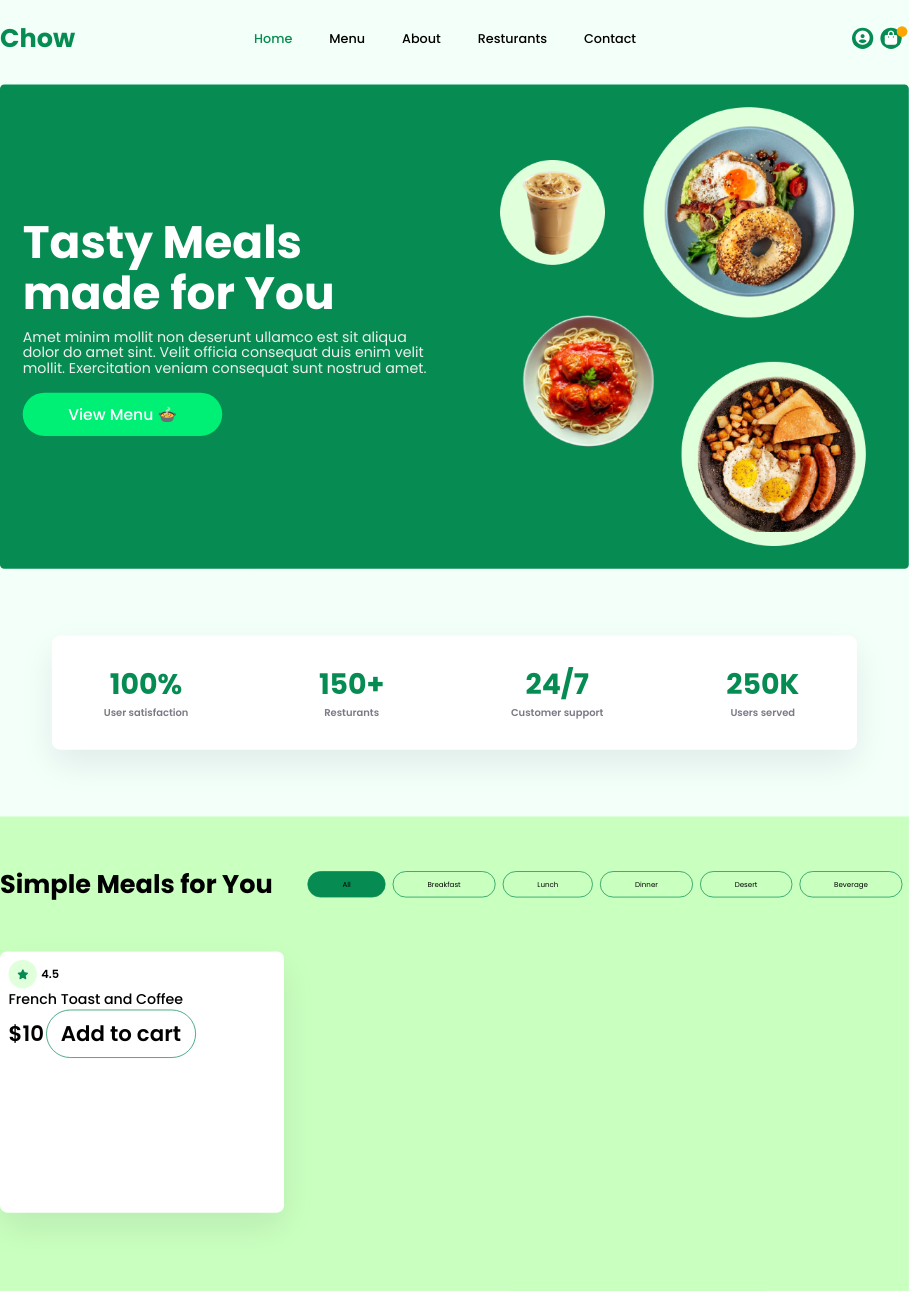
Repository: nguyennam1029/balbal
Page: index.html
An editor plug-in stored every save of this project. The page is shown before and after the next save, followed by the edit.
The browser window is 1280 px wide. The page is 1292 px wide, so the pictures cover 1292 px, including what lies to the right of the window. The pictures show the whole page, at 71% of full size.
Some web libraries are served in a nearby version.

Above is the page before, as saved 2022-07-01 22:26:28.

After the next save:
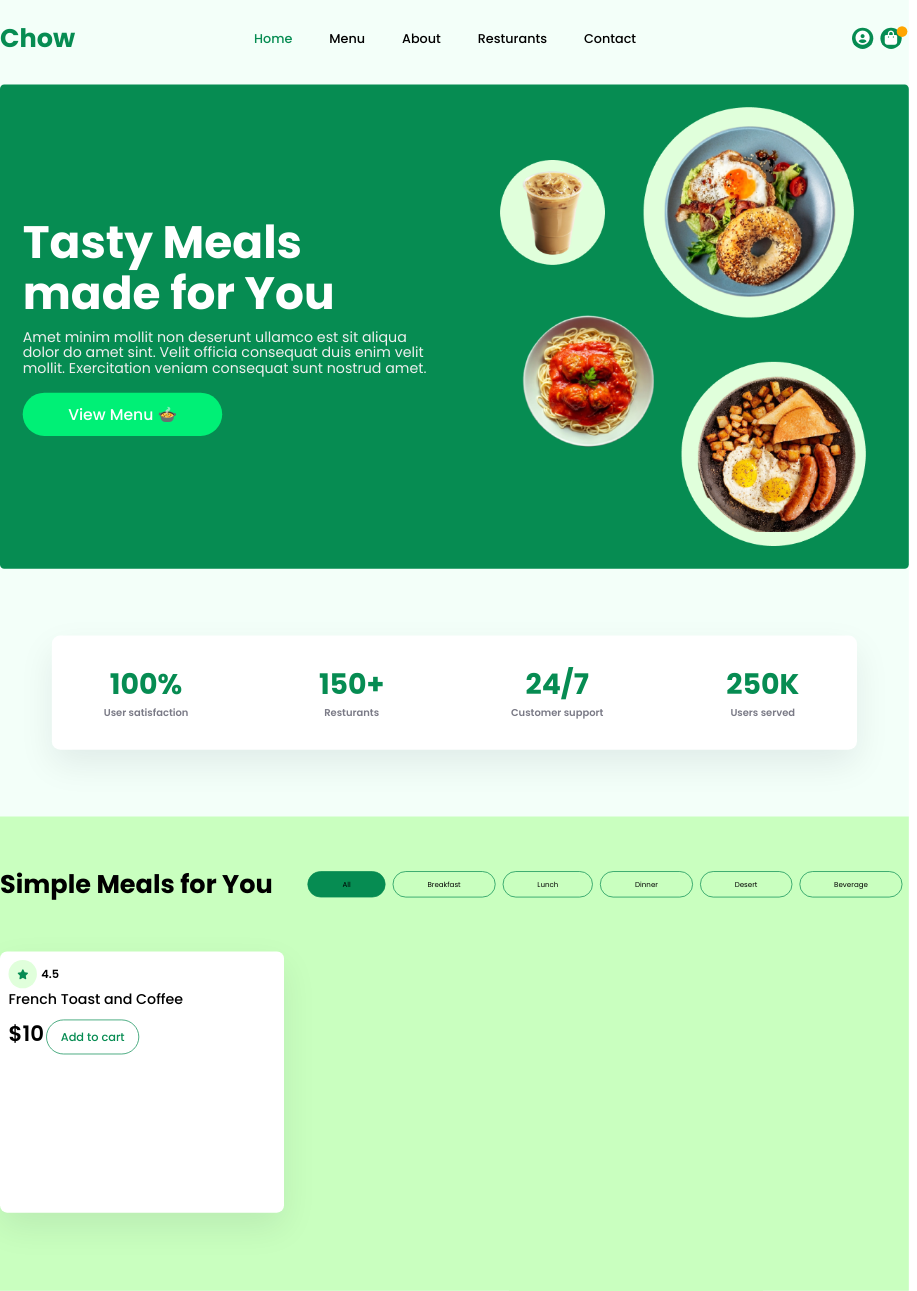
Saved 21 s later.
--- a/css/style.css
+++ b/css/style.css
@@ -340,14 +340,13 @@ ul {
 }
 
 .product-item--btn {
-    font-weight: 600;
-    font-size  : 3rem;
-    line-height: 45px;
-    /* identical to box height */
-
-    font-feature-settings: 'liga'off;
-
-    color        : #000000;
+    font-weight: 500;
+    font-size  : 16px;
+    line-height: 24px;
+    /* identical to box height, or 150% */
+
+
+    color        : #068C52;
     padding      : 12px 20px;
     background   : #FFFFFF;
     border       : 1px solid #068C52;
